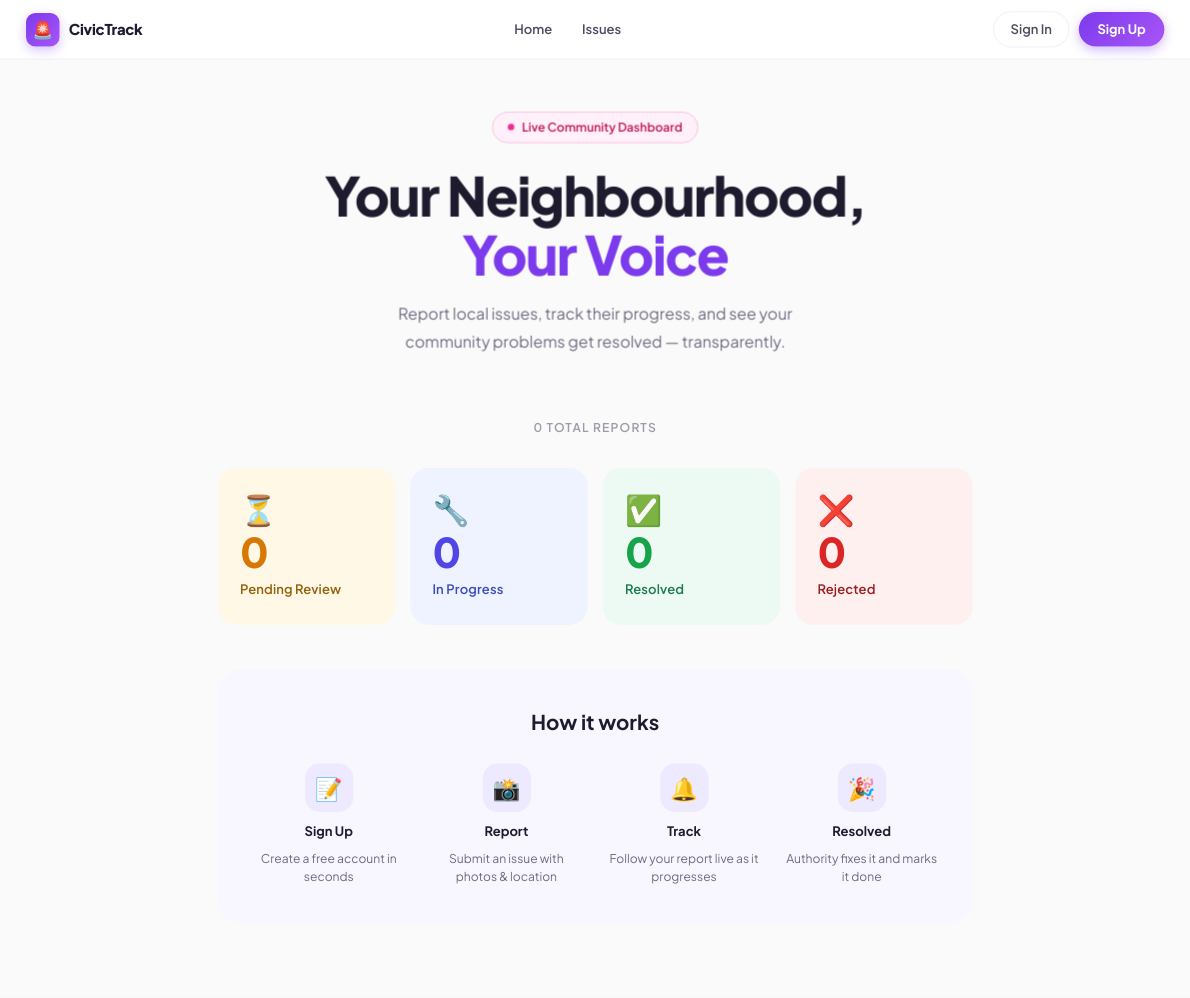
Repository: pugazhendhiprem3-cp/local-issue-management-system-.-.-.
Page: /create-issue (app in my-react-app/)
These files come from the project's save history. The page is drawn as it stood at one moment and after the next save; the edit follows.
The browser window is 1280 px wide. The pictures show the whole page, at 93% of full size.
The page's requests for data from a server got no answer. The project was rebuilt for these pictures with package versions that can differ from the ones it lists, and the page was loaded fresh each time. No one was signed in, and anything a server would have sent is missing. Also part of the build but not shown: my-react-app/vite.config.js, my-react-app/src/pages/CreateIssue.jsx, my-react-app/src/pages/IssuesFeed.jsx, my-react-app/src/pages/login.jsx, my-react-app/src/pages/Signup.jsx, my-react-app/src/pages/AuthDashBoard.jsx.

Above is the page before, as saved 2026-05-26 16:19:44.

### my-react-app/index.html
<!doctype html>
<html lang="en">
  <head>
    <meta charset="UTF-8" />
    <link rel="icon" type="image/svg+xml" href="/favicon.svg" />
    <meta name="viewport" content="width=device-width, initial-scale=1.0" />
    <title>my-react-app</title>
  </head>
  <body>
    <div id="root"></div>
    <script type="module" src="/src/main.jsx"></script>
  </body>
</html>

### my-react-app/src/App.jsx
import React, { useState, useEffect } from 'react';
import { BrowserRouter as Router, Routes, Route, Link, useLocation } from 'react-router-dom';
import CreateIssue from './pages/CreateIssue';
import IssuesFeed from './pages/IssuesFeed';
import Login from './pages/Login';
import Signup from './pages/Signup';
import AdminDashboard from './pages/AuthDashboard';
import API from './services/api';
import { Toaster } from 'sonner';

// ── ANIMATED COUNTER ──────────────────────────────────────────────────────────
const useCounter = (target, delay = 0) => {
  const [val, setVal] = useState(0);
  useEffect(() => {
    const end = parseInt(target) || 0;
    if (end === 0) { setVal(0); return; }
    let current = 0;
    const step = Math.max(Math.ceil(end / 40), 1);
    const t = setTimeout(() => {
      const id = setInterval(() => {
        current = Math.min(current + step, end);
        setVal(current);
        if (current >= end) clearInterval(id);
      }, 30);
      return () => clearInterval(id);
    }, delay);
    return () => clearTimeout(t);
  }, [target, delay]);
  return val;
};

// ── STAT CARD ─────────────────────────────────────────────────────────────────
const StatCard = ({ label, count, emoji, bg, textColor, numColor, delay }) => {
  const displayed = useCounter(count, delay);
  return (
    <div style={{
      background: bg,
      borderRadius: '20px',
      padding: '28px 24px',
      display: 'flex', flexDirection: 'column', gap: '8px',
      animation: 'popIn 0.5s cubic-bezier(0.34,1.56,0.64,1) both',
      animationDelay: `${delay}ms`,
    }}>
      <span style={{ fontSize: '32px', lineHeight: 1 }}>{emoji}</span>
      <div style={{ fontSize: '44px', fontWeight: 800, color: numColor, lineHeight: 1, letterSpacing: '-2px', fontFamily: "'Plus Jakarta Sans', sans-serif" }}>
        {displayed}
      </div>
      <div style={{ fontSize: '14px', fontWeight: 600, color: textColor, letterSpacing: '0.01em' }}>
        {label}
      </div>
    </div>
  );
};

// ── HOME ──────────────────────────────────────────────────────────────────────
const Home = () => {
  const [stats, setStats] = useState({ PENDING: 0, IN_PROGRESS: 0, RESOLVED: 0, REJECTED: 0, total: 0 });
  const [loading, setLoading] = useState(true);

  useEffect(() => {
    API.get('/issues')
      .then(res => {
        const issues = res.data || [];
        const c = { PENDING: 0, IN_PROGRESS: 0, RESOLVED: 0, REJECTED: 0 };
        issues.forEach(i => { const s = i.status?.toUpperCase(); if (c[s] !== undefined) c[s]++; });
        setStats({ ...c, total: issues.length });
      })
      .catch(() => {})
      .finally(() => setLoading(false));
  }, []);

  return (
    <div style={{ maxWidth: '860px', margin: '0 auto', padding: '56px 24px 80px' }}>

      {/* HERO */}
      <div style={{ textAlign: 'center', marginBottom: '64px', animation: 'fadeUp 0.6s ease both' }}>
        <div style={{
          display: 'inline-flex', alignItems: 'center', gap: '8px',
          background: '#FFF0F9', border: '1px solid #F9C0E0',
          borderRadius: '99px', padding: '6px 16px',
          fontSize: '13px', fontWeight: 600, color: '#C2185B',
          marginBottom: '24px',
        }}>
          <span style={{ width: '7px', height: '7px', borderRadius: '50%', background: '#E91E8C', display: 'inline-block', animation: 'pulse 2s ease infinite' }} />
          Live Community Dashboard
        </div>

        <h1 style={{
          fontFamily: "'Plus Jakarta Sans', sans-serif",
          fontSize: 'clamp(32px, 6vw, 58px)',
          fontWeight: 800, color: '#1E1B2E',
          lineHeight: 1.1, margin: '0 0 18px',
          letterSpacing: '-1.5px',
        }}>
          Your Neighbourhood,<br />
          <span style={{ color: '#7C3AED' }}>Your Voice</span>
        </h1>

        <p style={{ fontSize: '17px', color: '#6B6B80', lineHeight: 1.75, maxWidth: '500px', margin: '0 auto' }}>
          Report local issues, track their progress, and see your community problems get resolved — transparently.
        </p>
      </div>

      {/* DIVIDER LABEL */}
      <div style={{ textAlign: 'center', marginBottom: '32px', animation: 'fadeUp 0.6s ease 0.1s both' }}>
        <span style={{ fontSize: '13px', fontWeight: 600, color: '#9B9BAA', textTransform: 'uppercase', letterSpacing: '0.1em' }}>
          {loading ? 'Loading stats...' : `${stats.total} total reports`}
        </span>
      </div>

      {/* STAT GRID */}
      {!loading && (
        <div style={{ display: 'grid', gridTemplateColumns: 'repeat(auto-fit, minmax(170px, 1fr))', gap: '16px', marginBottom: '48px' }}>
          <StatCard label="Pending Review"  count={stats.PENDING}     emoji="⏳" bg="#FFF8E6" textColor="#92600A" numColor="#D97706" delay={0}   />
          <StatCard label="In Progress"     count={stats.IN_PROGRESS} emoji="🔧" bg="#EEF3FF" textColor="#3B4CB8" numColor="#4F46E5" delay={100} />
          <StatCard label="Resolved"        count={stats.RESOLVED}    emoji="✅" bg="#EDFAF4" textColor="#1A7A4A" numColor="#16A34A" delay={200} />
          <StatCard label="Rejected"        count={stats.REJECTED}    emoji="❌" bg="#FFF0F0" textColor="#9B1C1C" numColor="#DC2626" delay={300} />
        </div>
      )}

      {/* HOW IT WORKS */}
      <div style={{
        background: '#F8F7FF', borderRadius: '24px', padding: '40px 36px',
        animation: 'fadeUp 0.6s ease 0.3s both',
      }}>
        <h2 style={{ fontFamily: "'Plus Jakarta Sans', sans-serif", fontSize: '22px', fontWeight: 700, color: '#1E1B2E', margin: '0 0 28px', textAlign: 'center' }}>
          How it works
        </h2>
        <div style={{ display: 'grid', gridTemplateColumns: 'repeat(auto-fit, minmax(160px, 1fr))', gap: '24px', textAlign: 'center' }}>
          {[
            { step: '1', emoji: '📝', title: 'Sign Up', desc: 'Create a free account in seconds' },
            { step: '2', emoji: '📸', title: 'Report', desc: 'Submit an issue with photos & location' },
            { step: '3', emoji: '🔔', title: 'Track', desc: 'Follow your report live as it progresses' },
            { step: '4', emoji: '🎉', title: 'Resolved', desc: 'Authority fixes it and marks it done' },
          ].map(item => (
            <div key={item.step} style={{ display: 'flex', flexDirection: 'column', alignItems: 'center', gap: '10px' }}>
              <div style={{
                width: '52px', height: '52px', borderRadius: '16px',
                background: '#EDE9FF', display: 'flex', alignItems: 'center', justifyContent: 'center',
                fontSize: '24px',
              }}>{item.emoji}</div>
              <div style={{ fontSize: '14px', fontWeight: 700, color: '#1E1B2E' }}>{item.title}</div>
              <div style={{ fontSize: '13px', color: '#6B6B80', lineHeight: 1.5 }}>{item.desc}</div>
            </div>
          ))}
        </div>
      </div>

    </div>
  );
};

// ── NAVBAR ────────────────────────────────────────────────────────────────────
const Navbar = ({ isAuthenticated, role, handleLogout }) => {
  const location = useLocation();
  const active = (path) => location.pathname === path;

  const NavLink = ({ to, children }) => (
    <Link to={to} style={{
      fontSize: '14px', fontWeight: 600,
      color: active(to) ? '#7C3AED' : '#4B4B60',
      textDecoration: 'none',
      padding: '6px 14px', borderRadius: '99px',
      background: active(to) ? '#F0EBFF' : 'transparent',
      transition: 'all 0.15s',
    }}
      onMouseEnter={e => { if (!active(to)) { e.currentTarget.style.background = '#F5F3FF'; e.currentTarget.style.color = '#7C3AED'; } }}
      onMouseLeave={e => { if (!active(to)) { e.currentTarget.style.background = 'transparent'; e.currentTarget.style.color = '#4B4B60'; } }}
    >
      {children}
    </Link>
  );

  return (
    <nav style={{
      background: 'rgba(255,255,255,0.92)',
      backdropFilter: 'blur(16px)',
      borderBottom: '1px solid #EEEEF5',
      padding: '0 28px',
      height: '64px',
      display: 'flex', alignItems: 'center', justifyContent: 'space-between',
      position: 'sticky', top: 0, zIndex: 100,
    }}>
      {/* LOGO */}
      <Link to="/" style={{ textDecoration: 'none', display: 'flex', alignItems: 'center', gap: '10px' }}>
        <div style={{
          width: '36px', height: '36px', borderRadius: '10px',
          background: 'linear-gradient(135deg, #7C3AED 0%, #A855F7 100%)',
          display: 'flex', alignItems: 'center', justifyContent: 'center',
          fontSize: '18px', boxShadow: '0 4px 12px rgba(124,58,237,0.3)',
        }}>🚨</div>
        <span style={{ fontFamily: "'Plus Jakarta Sans', sans-serif", fontWeight: 800, fontSize: '16px', color: '#1E1B2E', letterSpacing: '-0.3px' }}>
          CivicTrack
        </span>
      </Link>

      {/* LINKS */}
      <div style={{ display: 'flex', alignItems: 'center', gap: '4px' }}>
        <NavLink to="/">Home</NavLink>
        <NavLink to="/issues">Issues</NavLink>
        {isAuthenticated && role !== 'ADMIN' && <NavLink to="/create-issue">+ Report Issue</NavLink>}
        {isAuthenticated && role === 'ADMIN' && <NavLink to="/admin">Authority Dashboard</NavLink>}
      </div>

      {/* AUTH BUTTONS */}
      <div style={{ display: 'flex', gap: '10px', alignItems: 'center' }}>
        {isAuthenticated ? (
          <button onClick={handleLogout} style={{
            fontSize: '14px', fontWeight: 600,
            background: '#FFF0F0', border: '1px solid #FECACA',
            color: '#DC2626', padding: '8px 18px', borderRadius: '99px',
            cursor: 'pointer', transition: 'all 0.15s',
          }}
            onMouseEnter={e => e.currentTarget.style.background = '#FEE2E2'}
            onMouseLeave={e => e.currentTarget.style.background = '#FFF0F0'}
          >
            Sign Out
          </button>
        ) : (
          <>
            <Link to="/login" style={{
              fontSize: '14px', fontWeight: 600, color: '#4B4B60',
              textDecoration: 'none', padding: '8px 18px', borderRadius: '99px',
              border: '1px solid #EEEEF5', background: 'white',
              transition: 'all 0.15s', display: 'inline-block',
            }}
              onMouseEnter={e => e.currentTarget.style.borderColor = '#C4B5FD'}
              onMouseLeave={e => e.currentTarget.style.borderColor = '#EEEEF5'}
            >
              Sign In
            </Link>
            <Link to="/signup" style={{
              fontSize: '14px', fontWeight: 700, color: 'white',
              textDecoration: 'none', padding: '8px 20px', borderRadius: '99px',
              background: 'linear-gradient(135deg, #7C3AED, #A855F7)',
              boxShadow: '0 4px 12px rgba(124,58,237,0.35)',
              transition: 'all 0.15s', display: 'inline-block',
            }}
              onMouseEnter={e => e.currentTarget.style.boxShadow = '0 6px 16px rgba(124,58,237,0.45)'}
              onMouseLeave={e => e.currentTarget.style.boxShadow = '0 4px 12px rgba(124,58,237,0.35)'}
            >
              Sign Up
            </Link>
          </>
        )}
      </div>
    </nav>
  );
};

// ── APP ───────────────────────────────────────────────────────────────────────
function App() {
  const [isAuthenticated, setIsAuthenticated] = useState(false);
  const role = localStorage.getItem('role');

  useEffect(() => {
    setIsAuthenticated(!!localStorage.getItem('token'));
  }, []);

  const handleLogout = () => {
    localStorage.removeItem('token');
    localStorage.removeItem('role');
    setIsAuthenticated(false);
    window.location.href = '/';
  };

  return (
    <Router>
      <style>{`
        @import url('https://fonts.googleapis.com/css2?family=Plus+Jakarta+Sans:wght@400;500;600;700;800&display=swap');
        *, *::before, *::after { box-sizing: border-box; margin: 0; padding: 0; }
        body {
          font-family: 'Plus Jakarta Sans', sans-serif;
          background: #FAFAFA;
          color: #1E1B2E;
          min-height: 100vh;
        }
        @keyframes fadeUp {
          from { opacity: 0; transform: translateY(20px); }
          to   { opacity: 1; transform: translateY(0); }
        }
        @keyframes popIn {
          from { opacity: 0; transform: scale(0.88); }
          to   { opacity: 1; transform: scale(1); }
        }
        @keyframes pulse {
          0%, 100% { opacity: 1; transform: scale(1); }
          50%       { opacity: 0.5; transform: scale(0.85); }
        }
        ::-webkit-scrollbar { width: 6px; }
        ::-webkit-scrollbar-track { background: #F0EEFF; }
        ::-webkit-scrollbar-thumb { background: #C4B5FD; border-radius: 99px; }
      `}</style>

      <Toaster
        position="top-right"
        toastOptions={{
          style: {
            fontFamily: "'Plus Jakarta Sans', sans-serif",
            fontSize: '14px',
            borderRadius: '14px',
          }
        }}
      />

      <Navbar isAuthenticated={isAuthenticated} role={role} handleLogout={handleLogout} />

      <Routes>
        <Route path="/"             element={<Home />} />
        <Route path="/issues"       element={<IssuesFeed />} />
        <Route path="/create-issue" element={isAuthenticated && role !== 'ADMIN' ? <CreateIssue /> : <Home />} />
        <Route path="/login"        element={<Login setIsAuthenticated={setIsAuthenticated} />} />
        <Route path="/signup"       element={<Signup />} />
        <Route path="/admin"        element={role === 'ADMIN' ? <AdminDashboard /> : <Home />} />
      </Routes>
    </Router>
  );
}

export default App;

### my-react-app/src/services/api.js
import axios from 'axios';

const API = axios.create({
    baseURL: 'http://localhost:8080'
});

// Automatically intercept every outgoing HTTP request and attach the JWT token
API.interceptors.request.use((config) => {
    const token = localStorage.getItem('token');
    if (token) {
        config.headers.Authorization = `Bearer ${token}`;
    }
    return config;
}, (error) => {
    return Promise.reject(error);
});

export default API;

Loaded but not shown: my-react-app/src/main.jsx (common file); my-react-app/src/index.css (common file); my-react-app/tailwind.config.js (common file)

After the next save:
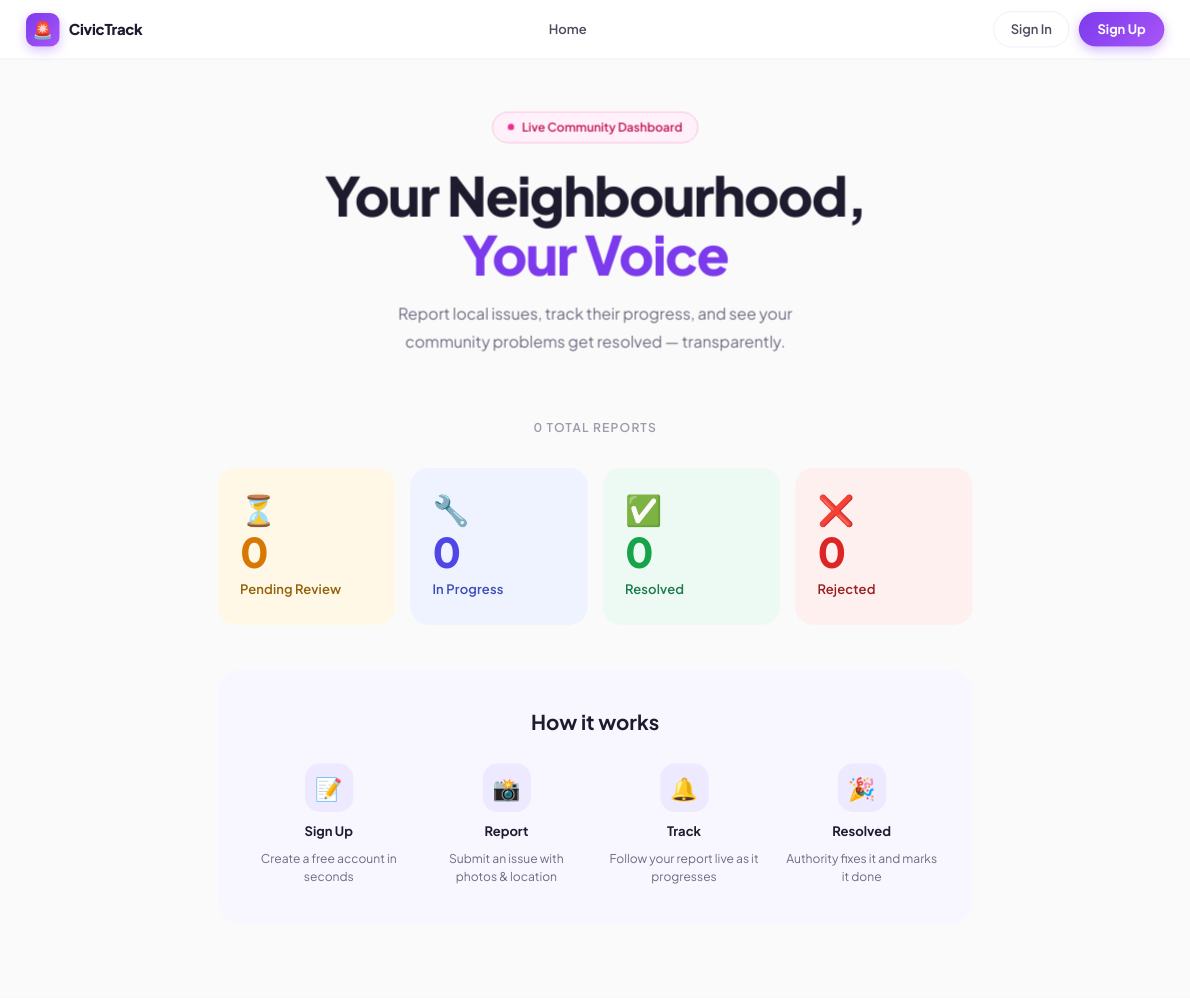
Saved 3 min 54 s later.
--- a/my-react-app/src/App.jsx
+++ b/my-react-app/src/App.jsx
@@ -197,7 +197,10 @@
       {/* LINKS */}
       <div style={{ display: 'flex', alignItems: 'center', gap: '4px' }}>
         <NavLink to="/">Home</NavLink>
-        <NavLink to="/issues">Issues</NavLink>
+
+{isAuthenticated && (
+  <NavLink to="/issues">Issues</NavLink>
+)}
         {isAuthenticated && role !== 'ADMIN' && <NavLink to="/create-issue">+ Report Issue</NavLink>}
         {isAuthenticated && role === 'ADMIN' && <NavLink to="/admin">Authority Dashboard</NavLink>}
       </div>
